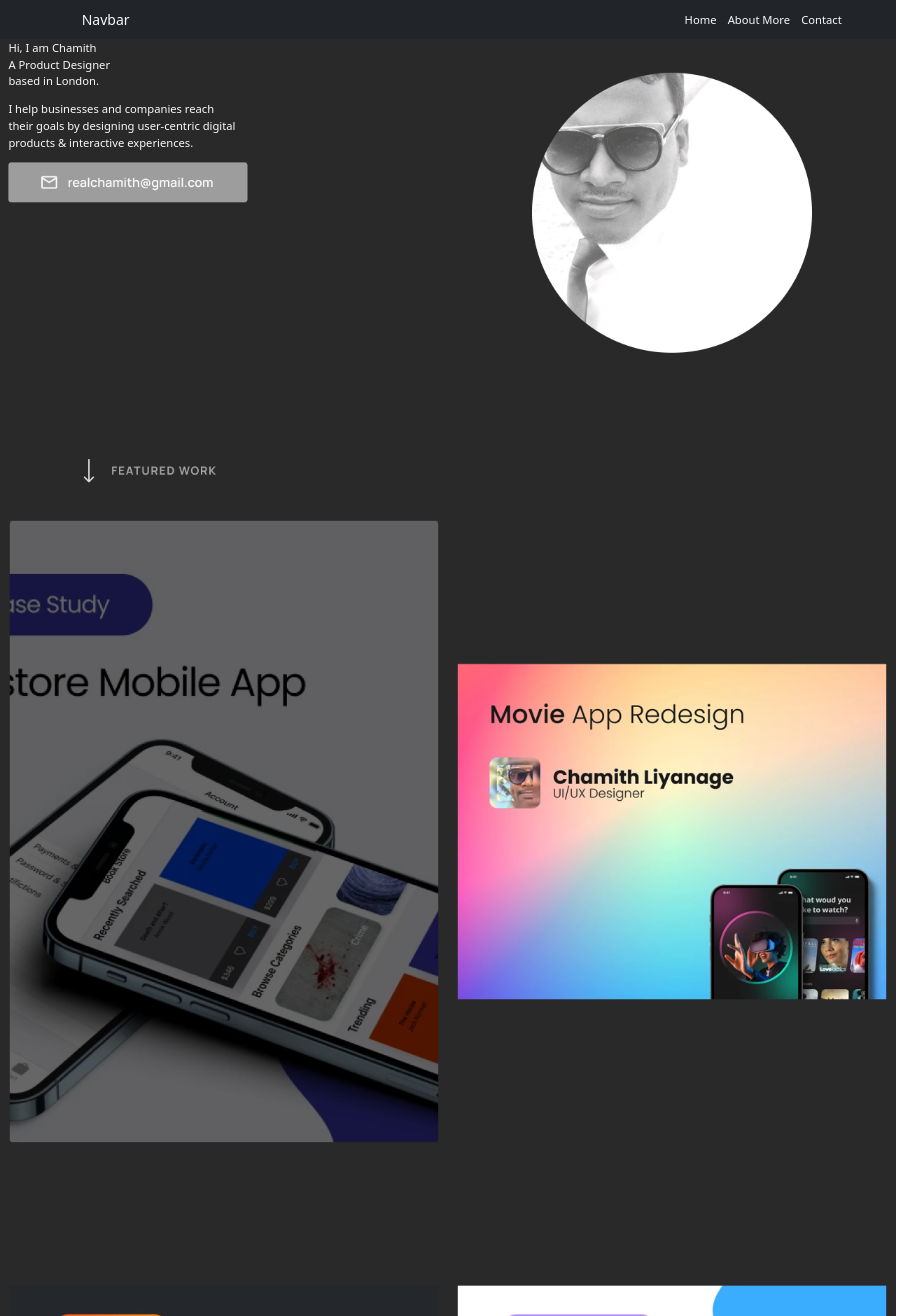
Repository: Realchamithweb/chamith-html
Page: index.html
The author's editor kept a copy of each file at every save. The page is drawn from the files as they stood at one save, then again after a run of saves.
The browser window is 1280 px wide. The page is 1292 px wide, so the pictures cover 1292 px, including what lies to the right of the window. The pictures show the part of the page from y = 0 to 1880 px (the page is 4129 px tall), at 70% of full size.

Above is the page before, as saved 2023-01-04 12:07:02.

After the next 3 saves:
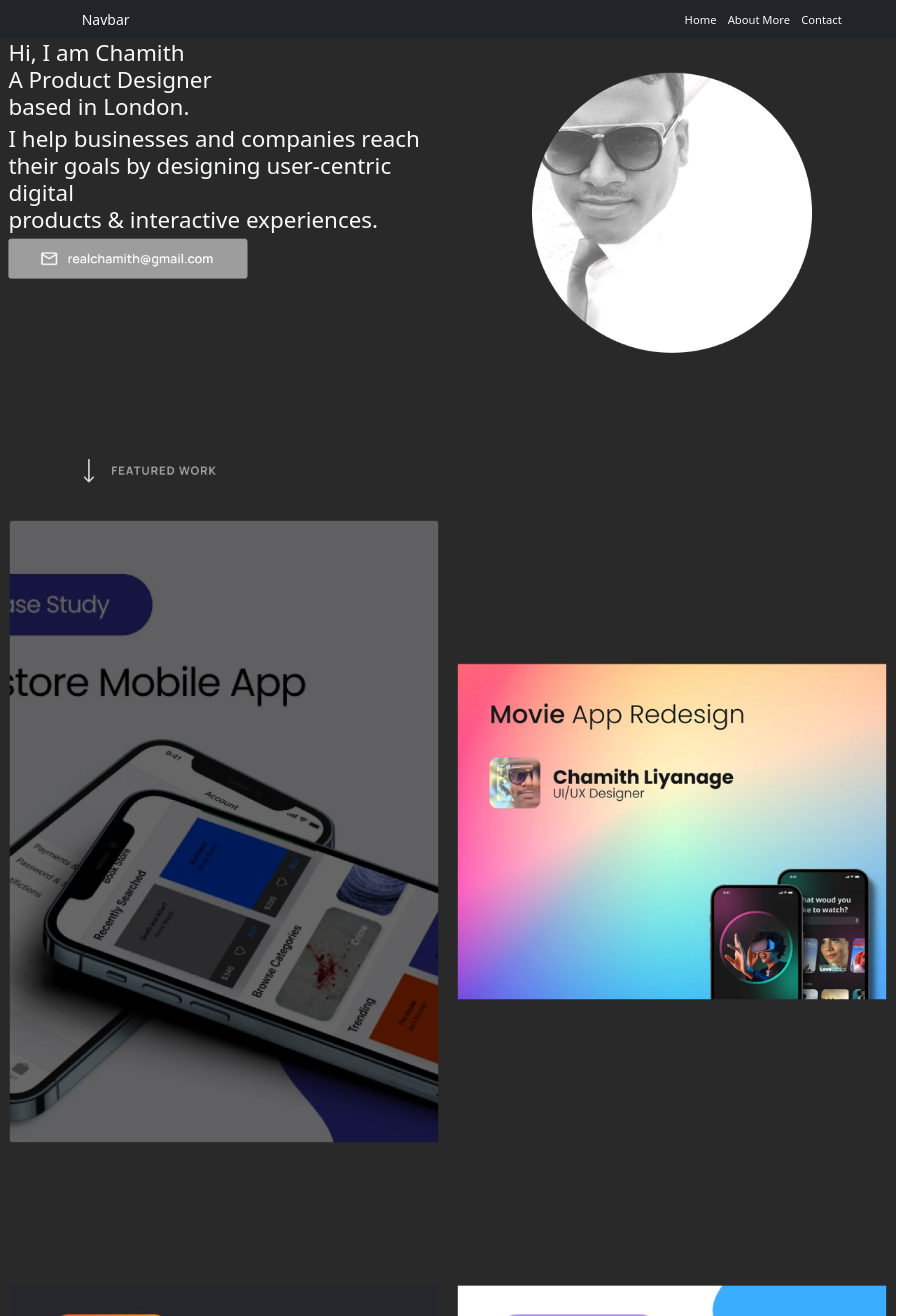
The 3 saves are shown as one change because they came seconds apart.
The last was saved 26 s later.
--- a/index.html
+++ b/index.html
@@ -42,11 +42,11 @@
                 <div class="container-fluid">
                     <div class="row">
                         <div class="col-lg-6">
-                            <p class="hero-title text-light">Hi, I am Chamith<br>
+                            <p class="hero-title text-light h2">Hi, I am Chamith<br>
                                 A Product Designer<br>
                                 based in London.
                             </p>
-                            <p class="hero-text text-light">
+                            <p class="hero-text text-light h2">
                                 I help businesses and companies reach <br>
                                 their goals by designing user-centric digital <br>
                                 products & interactive experiences.
